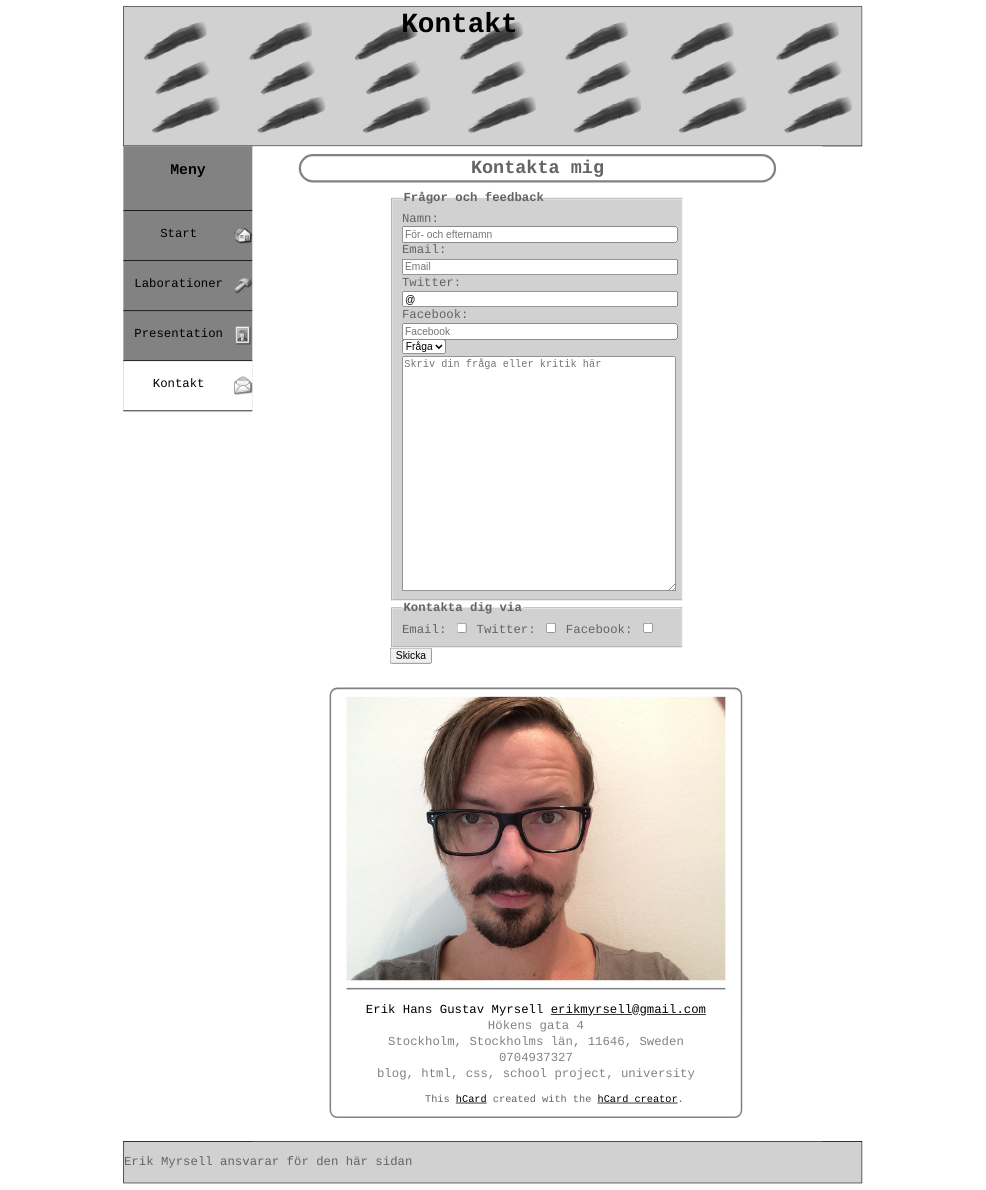
Repository: em222mt/1IK415_em222mt
Page: pages/kontakt.html
The author's editor kept a record of every edit. The page is drawn from the files as they stood at one moment, then again after the next edit.
The browser window is 1280 px wide. The pictures show the whole page, at 77% of full size.

Above is the page before.

After the next edit:
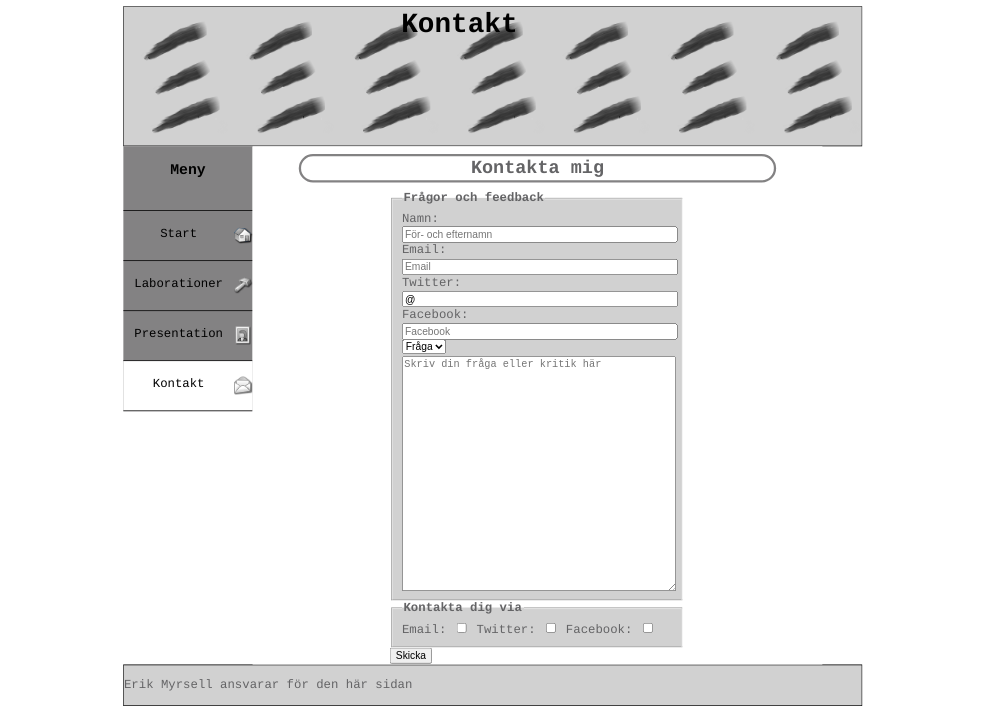
The edit:
--- a/pages/kontakt.html
+++ b/pages/kontakt.html
@@ -109,35 +109,6 @@
 
             </article>
 
-            <div id="hcard-Erik-Hans-Gustav-Myrsell" class="vcard">
-                <img src="../pics/erik.jpg" alt="photo of me" class="photo"/>
-                <a class="url fn n" href="https://1ik415_em222mt-c9-em222mt.c9.io/index.html">
-                    <span class="given-name">Erik</span>
-                    <span class="additional-name">Hans Gustav</span>
-                    <span class="family-name">Myrsell</span>
-                </a>
-                <a class="email" href="mailto:erikmyrsell@gmail.com">erikmyrsell@gmail.com</a>
-                    <div class="adr">
-                        <div class="street-address">Hökens gata 4</div>
-                            <span class="locality">Stockholm</span>,
-                            <span class="region">Stockholms län</span>,
-                            <span class="postal-code">11646</span>,
-                            <span class="country-name">Sweden</span>
-
-                    </div>
-
-                    <div class="tel">0704937327</div>
-                    <div>
-                        <span class="category">blog</span>,
-                        <span class="category">html</span>,
-                        <span class="category">css</span>,
-                        <span class="category">school project</span>,
-                        <span class="category">university</span>
-
-                    </div>
-
-                    <p style="font-size:smaller;">This <a href="http://microformats.org/wiki/hcard">hCard</a> created with the <a href="http://microformats.org/code/hcard/creator">hCard creator</a>.</p>
-            </div>
 
             </main>
 
